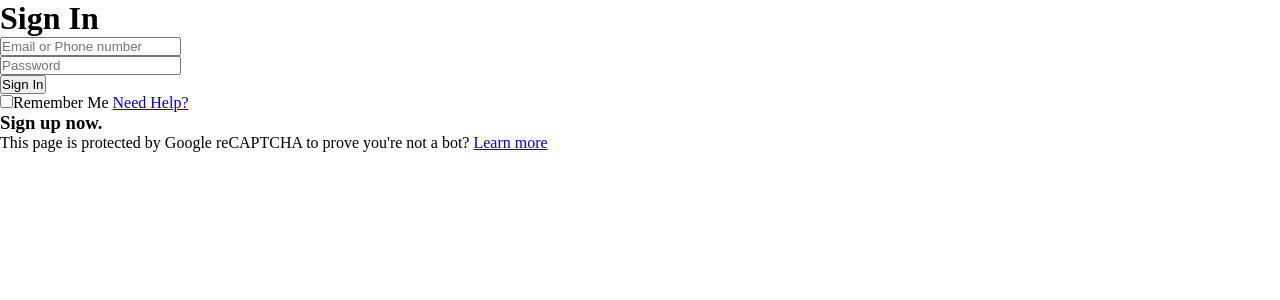
Repository: isaacCodes1/Netflixcopy
Page: index.html
The author's editor kept a copy of each file at every save. The page is drawn from the files as they stood at one save, then again after a run of saves.
The browser window is 1280 px wide. The pictures show the whole page.

Above is the page before, as saved 2024-03-07 22:25:04.

### index.html
<!DOCTYPE html>
<html lang="en">
<head>
    <meta charset="UTF-8">
    <meta name="viewport" content="width=device-width, initial-scale=1.0">
    <title>Login Form.</title>
    <link rel="stylesheet" href="style.css">
</head>
<body>
    <div class="wrapper">
        <form>
          <h1>Sign In</h1>
          <div class="input-box">
            <input type="text" placeholder="Email or Phone number" required>
          </div>
          <div class="input-box">
            <input type="password" placeholder="Password" required>
          </div>
          <div class="register-link"><button>Sign In</button></div>
          <div class="remember-forgot">
            <label><input type="checkbox">Remember Me</label>
            <a href="#">Need Help?</a>
          </div>
            <h3>Sign up now.</h3>
            <p>This page is protected by Google reCAPTCHA to prove you're not a bot? <a href="#">Learn more</a></p>
          </div>
        </form>
      </div>
</body>
</html>

### style.css
*{
    margin: 0;
    padding: 0;
    box-sizing: border-box;
}
body{
    font-family: Montserrat;
}

After the next 2 saves:
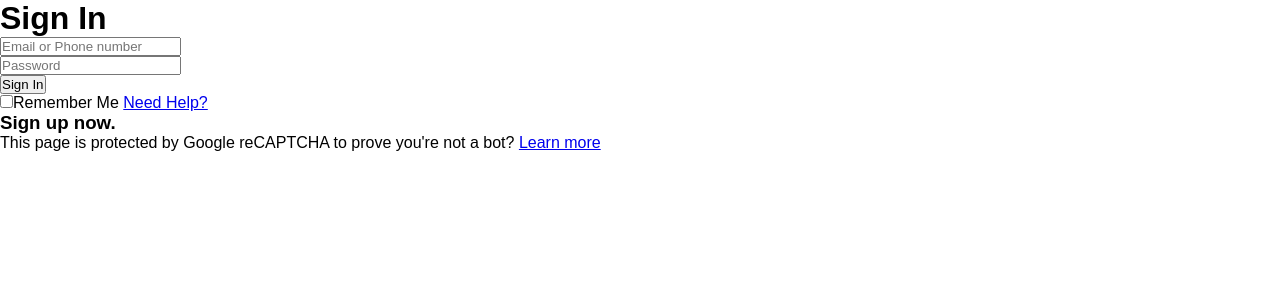
The 2 saves are shown as one change because they came seconds apart.
The last was saved 12 s later.
--- a/style.css
+++ b/style.css
@@ -4,5 +4,8 @@
     box-sizing: border-box;
 }
 body{
-    font-family: Montserrat;
+    font-family: sans-serif;
 }
+.wrapper{
+
+}
